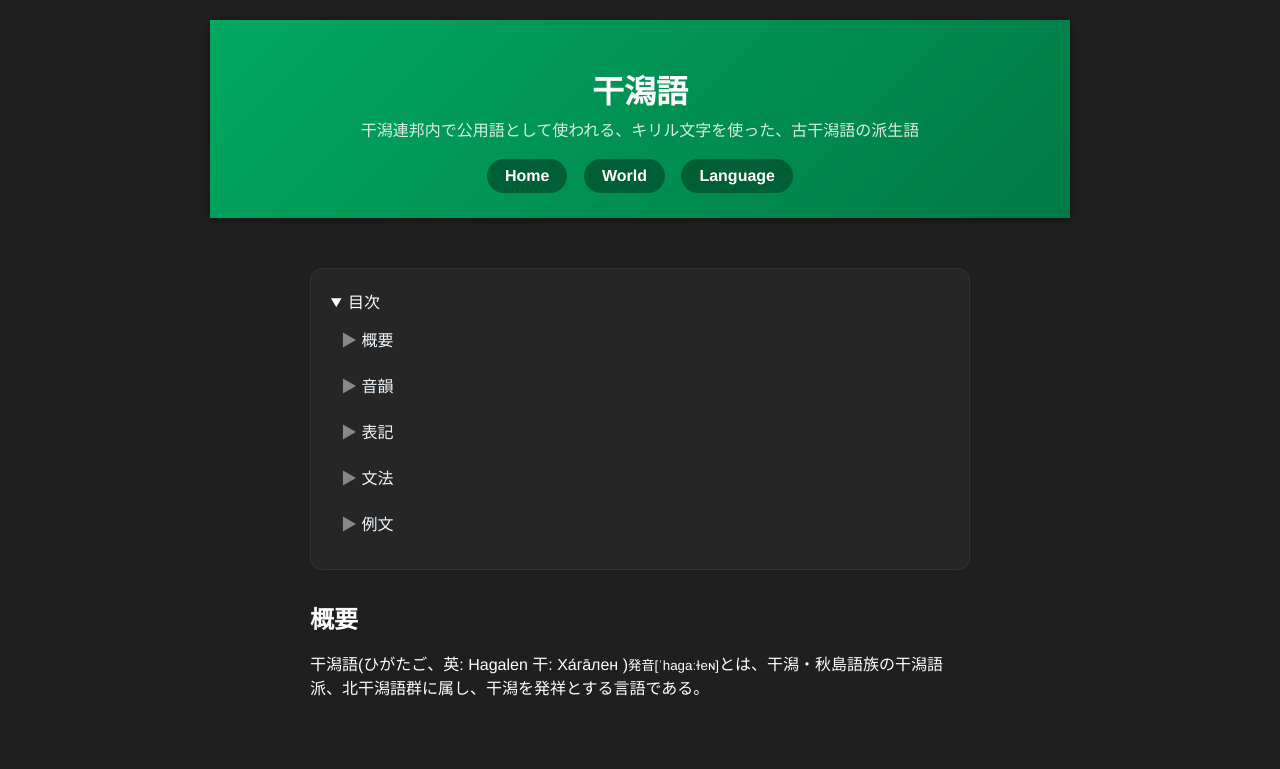
Repository: Player5270-antake/Player5270-antake.github.io
Page: language/hagalen/index.html
An editor plug-in stored every save of this project. The page is shown before and after the next save, followed by the edit.
The browser window is 1280 px wide. The pictures show the whole page.

Above is the page before, as saved 2026-03-08 14:18:09.

After the next save:
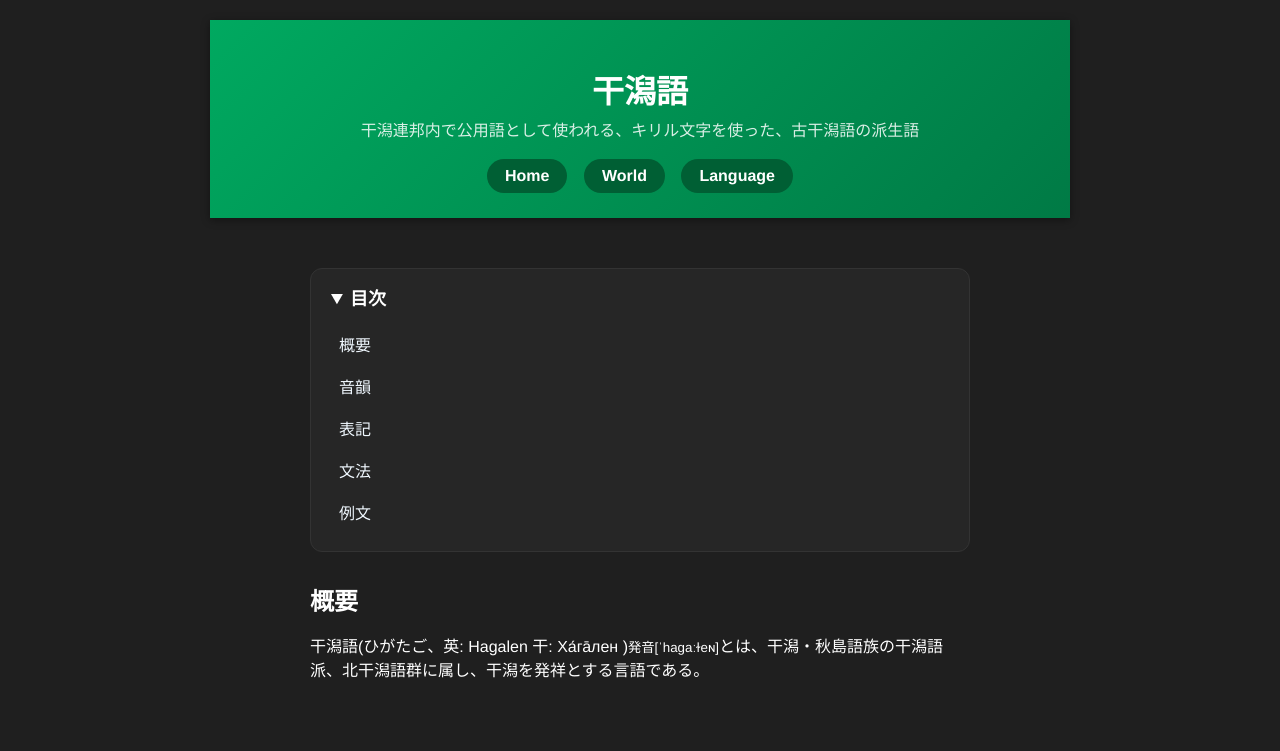
Saved 3 min 47 s later.
--- a/css/style.css
+++ b/css/style.css
@@ -170,19 +170,19 @@ footer{
     background:#262626;
     border:1px solid #333;
     border-radius:12px;
-    padding:20px;
+    padding:15px 20px;
     margin:30px 0;
 }
 
-.toc h2{
-    margin-top:0;
-    margin-bottom:12px;
-    font-size:20px;
+.toc summary{
+    font-size:18px;
+    cursor:pointer;
+    font-weight:bold;
 }
 
 .toc ul{
     list-style:none;
-    padding:0;
+    padding:10px 0 0 0;
     margin:0;
 }
 
@@ -191,20 +191,13 @@ footer{
 }
 
 .toc a{
+    text-decoration:none;
+    color:aliceblue;
+    padding:6px 8px;
     display:block;
-    padding:8px 10px;
     border-radius:6px;
-    text-decoration:none;
-    color:aliceblue;
-    transition:0.2s;
 }
 
 .toc a:hover{
     background:#333;
-    transform:translateX(4px);
-}
-
-.toc a::before{
-    content:"▶ ";
-    color:#888;
-}
+}
